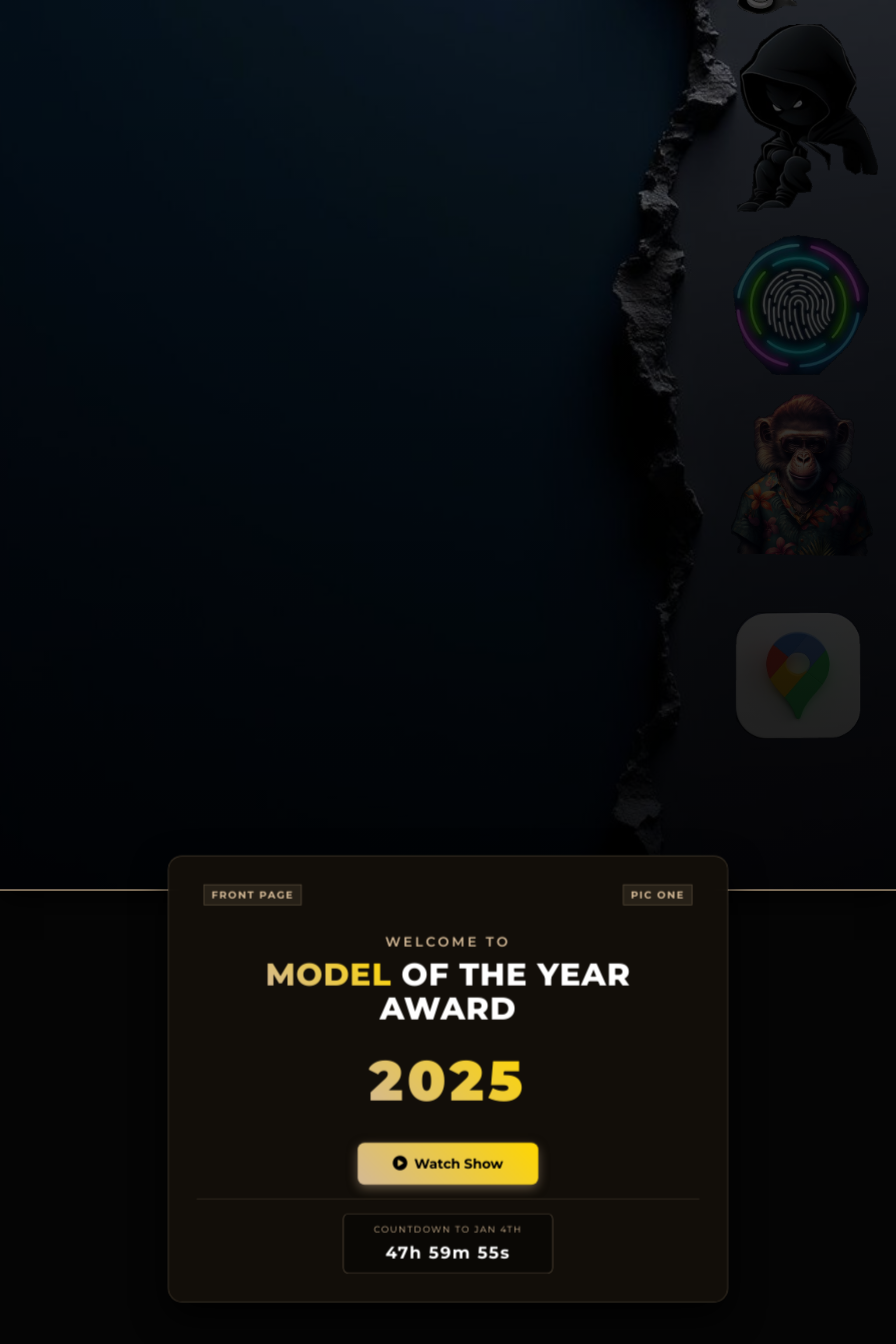
Repository: Madgerald-09/2025yearmodel
Page: index.html
An editor plug-in stored every save of this project. The page is shown before and after a run of saves, followed by the edit.
The browser window is 1280 px wide. The pictures show the part of the page from y = 1006 to 2926 px (the page is 2926 px tall before and 2896 px after), at 70% of full size.

Above is the page before, as saved 2025-12-28 21:56:30.

### index.html
<!DOCTYPE html>
<html lang="en">
<head>
    <meta charset="UTF-8">
    <meta name="viewport" content="width=device-width, initial-scale=1.0">
    <title>Model Of The Year Award 2025</title>
    <link rel="stylesheet" href="https://cdnjs.cloudflare.com/ajax/libs/font-awesome/6.4.0/css/all.min.css">
    <link href="https://fonts.googleapis.com/css2?family=Montserrat:wght@300;400;500;600;700;800;900&display=swap" rel="stylesheet">

    <style>
        /* ===== BASE STYLES (UNCHANGED) ===== */
        * {
            margin: 0;
            padding: 0;
            box-sizing: border-box;
        }

        body {
            font-family: 'Montserrat', 'Segoe UI', sans-serif;
            background-color: #050505;
            color: #ffffff;
            overflow-x: hidden;
            min-height: 100vh;
            position: relative;
        }

        /* ===== HEADER BANNER (UNCHANGED) ===== */
        .header-banner {
            position: relative;
            width: 100%;
            z-index: 1;
            background: #000;
            border-bottom: 2px solid #d4b996;
            box-shadow: 0 10px 40px rgba(0, 0, 0, 0.8);
        }

        #headerImage {
            width: 100%;
            height: auto;    /* Keeps original image height logic */
            display: block;
            max-width: 100%;
        }

        .header-overlay {
            position: absolute;
            top: 0;
            left: 0;
            width: 100%;
            height: 100%;
            background: linear-gradient(to bottom, rgba(0,0,0,0.1) 0%, rgba(0,0,0,0.4) 50%, rgba(0, 0, 0, 0.8) 100%);
            pointer-events: none;
        }

        /* ===== MAIN CONTAINER ===== */
        .main-container {
            margin-top: -50px;
            position: relative;
            z-index: 2;
            padding: 0 20px 60px 20px;
            display: flex;
            flex-direction: column;
            align-items: center;
        }

        /* ===== AWARD CARD (NEW LAYOUT STRUCTURE) ===== */
        .page-section {
            width: 100%;
            max-width: 1200px;
            display: flex;
            justify-content: center;
            align-items: center;
            flex-direction: column;
        }

        .award-card {
            background: rgba(20, 15, 10, 0.95);
            border-radius: 20px;
            overflow: hidden;
            width: 100%;
            max-width: 800px; /* Slightly narrower to match sketch paper ratio */
            min-height: 600px; /* Ensure height to match paper aspect */
            padding: 40px;
            box-shadow: 0 20px 50px rgba(0, 0, 0, 0.9);
            border: 1px solid rgba(212, 185, 150, 0.3);
            backdrop-filter: blur(10px);
            position: relative;
            display: flex;
            flex-direction: column;
        }

        /* ===== TOP ROW: front page / Pic One ===== */
        .card-header {
            display: flex;
            justify-content: space-between;
            align-items: center;
            width: 100%;
            margin-bottom: 40px; /* Space between top labels and main content */
            padding: 0 10px;
        }

        .sketch-label {
            font-size: 0.9rem;
            color: #d4b996;
            text-transform: uppercase;
            letter-spacing: 2px;
            font-weight: 700;
            border: 1px solid rgba(212, 185, 150, 0.3);
            padding: 5px 10px;
            background: rgba(212, 185, 150, 0.1);
        }

        /* ===== CENTER CONTENT: Title & Year ===== */
        .card-center {
            flex-grow: 1;
            display: flex;
            flex-direction: column;
            align-items: center;
            justify-content: center;
            text-align: center;
            width: 100%;
        }

        .welcome-text {
            font-size: 1.2rem;
            color: #d4b996;
            letter-spacing: 4px;
            margin-bottom: 10px;
            font-weight: 600;
            text-transform: uppercase;
        }

        .award-title {
            font-size: 2.8rem;
            font-weight: 800;
            line-height: 1.1;
            margin-bottom: 20px;
            color: #ffffff;
            text-transform: uppercase;
            letter-spacing: 1px;
        }

        .model-text {
            color: #d4b996;
            display: inline-block;
            background: linear-gradient(45deg, #d4b996, #ffd700);
            -webkit-background-clip: text;
            -webkit-text-fill-color: transparent;
            background-clip: text;
        }

        .year {
            font-size: 5rem;
            font-weight: 900;
            color: #d4b996;
            margin: 10px 0 40px 0; /* Large margin before button */
            letter-spacing: 6px;
            background: linear-gradient(45deg, #d4b996, #ffd700);
            -webkit-background-clip: text;
            -webkit-text-fill-color: transparent;
            background-clip: text;
        }

        /* ===== BUTTON (Moved to Center-Bottom like sketch) ===== */
        .watch-show-container {
            margin-bottom: 20px;
        }

        .watch-show-btn {
            display: inline-flex;
            align-items: center;
            justify-content: center;
            gap: 10px;
            padding: 18px 50px;
            background: linear-gradient(45deg, #d4b996, #ffd700);
            color: #000000;
            text-decoration: none;
            border: none;
            font-size: 1.2rem;
            font-weight: 700;
            border-radius: 10px;
            transition: all 0.3s ease;
            box-shadow: 0 5px 15px rgba(212, 185, 150, 0.4);
            cursor: pointer;
        }

        .watch-show-btn:hover {
            transform: translateY(-3px);
            box-shadow: 0 8px 20px rgba(212, 185, 150, 0.6);
        }

        .watch-show-btn i {
            font-size: 1.3rem;
        }

        /* ===== BOTTOM FOOTER: Countdown Box ===== */
        .card-footer {
            width: 100%;
            border-top: 1px solid rgba(212, 185, 150, 0.2);
            padding-top: 20px;
            display: flex;
            justify-content: center;
        }

        .countdown-box {
            background: rgba(0, 0, 0, 0.4);
            border: 1px solid rgba(212, 185, 150, 0.4);
            padding: 15px 30px;
            border-radius: 8px;
            text-align: center;
            min-width: 300px;
        }

        .countdown-title {
            font-size: 0.8rem;
            color: #d4b996;
            text-transform: uppercase;
            letter-spacing: 2px;
            margin-bottom: 10px;
        }

        .countdown-timer {
            font-size: 1.5rem;
            font-weight: 700;
            color: #ffffff;
            font-family: 'Montserrat', sans-serif;
            letter-spacing: 2px;
        }

        /* ===== NOTIFICATION ===== */
        .notification {
            position: fixed;
            bottom: 30px;
            right: 30px;
            background: rgba(20, 15, 10, 0.95);
            color: #ffffff;
            padding: 15px 25px;
            border-radius: 10px;
            box-shadow: 0 10px 25px rgba(0, 0, 0, 0.5);
            opacity: 0;
            transform: translateY(30px);
            transition: all 0.4s ease;
            z-index: 1000;
            max-width: 400px;
            border-left: 4px solid #d4b996;
        }

        .notification.show {
            opacity: 1;
            transform: translateY(0);
        }

        /* ===== MEDIA QUERIES ===== */
        @media (max-width: 768px) {
            .main-container { margin-top: -30px; padding: 0 15px 40px 15px; }
            .award-card { padding: 30px 20px; min-height: auto; }
            .award-title { font-size: 2rem; }
            .year { font-size: 3.5rem; }
            .card-header { margin-bottom: 30px; }
        }

        @media (max-width: 480px) {
            .award-card { padding: 25px 15px; }
            .award-title { font-size: 1.6rem; }
            .year { font-size: 2.8rem; }
            .sketch-label { font-size: 0.7rem; padding: 3px 6px; }
            .watch-show-btn { padding: 15px 30px; font-size: 1rem; width: 100%; }
            .countdown-box { min-width: 100%; }
        }
    </style>
</head>
<body>

    <!-- HEADER BANNER -->
    <div class="header-banner">
        <img id="headerImage" src="" alt="Model Award Banner">
        <div class="header-overlay"></div>
    </div>

    <div class="main-container">
        <section class="page-section award-page">
            <div class="award-card">

                <!-- TOP ROW: Matches Sketch "front page" (Left) and "Pic One" (Right) -->
                <div class="card-header">
                    <div class="sketch-label">front page</div>
                    <div class="sketch-label">Pic One</div>
                </div>

                <!-- CENTER ROW: Matches Sketch Title, Year, Button -->
                <div class="card-center">
                    <div class="welcome-text">Welcome To</div>
                    <h1 class="award-title">
                        <span class="model-text">Model</span> Of The Year Award
                    </h1>
                    <div class="year">2025</div>

                    <div class="watch-show-container">
                        <a href="index2.html" class="watch-show-btn">
                            <i class="fas fa-play-circle"></i> Watch Show
                        </a>
                    </div>
                </div>

                <!-- BOTTOM ROW: Matches Sketch Box (Countdown) -->
                <div class="card-footer">
                    <div class="countdown-box">
                        <div class="countdown-title">Countdown to Jan 4th</div>
                        <div class="countdown-timer" id="timerDisplay">
                            48h 00m 00s
                        </div>
                    </div>
                </div>

            </div>
        </section>
    </div>

    <div class="notification" id="notification">
        <p>Welcome to Model Of The Year Award 2025!</p>
    </div>

    <script>
        document.addEventListener("DOMContentLoaded", function () {
            // DOM Elements
            const timerDisplay = document.getElementById("timerDisplay");
            const notification = document.getElementById("notification");
            const headerImage = document.getElementById("headerImage");

            // Set 48-hour countdown from current time
            let totalSeconds = 48 * 60 * 60;

            // Countdown function
            function updateCountdown() {
                if (totalSeconds <= 0) {
                    timerDisplay.textContent = "SHOW STARTED";
                    if (!window.countdownFinished) {
                        showNotification("🎉 The show has started!");
                        window.countdownFinished = true;
                    }
                    return;
                }

                const hours = Math.floor(totalSeconds / 3600);
                const minutes = Math.floor((totalSeconds % 3600) / 60);
                const seconds = totalSeconds % 60;

                // Format: HHh MMm SSs to fit in the bottom box neatly
                const hStr = hours.toString().padStart(2, '0');
                const mStr = minutes.toString().padStart(2, '0');
                const sStr = seconds.toString().padStart(2, '0');

                timerDisplay.textContent = `${hStr}h ${mStr}m ${sStr}s`;
                totalSeconds--;
            }

            // Show notification
            function showNotification(message) {
                notification.querySelector("p").textContent = message;
                notification.classList.add("show");
                setTimeout(() => {
                    notification.classList.remove("show");
                }, 3000);
            }

            // Set background image
            function setBackgroundImage() {
                const imageSources = [
                    'images/award-image1.png',
                    'images/first_pic.jpeg',
                    'images/model-award.jpg',
                    'images/award.jpg',
                    'https://images.unsplash.com/photo-1596703923338-48f1c07e4f2e?ixlib=rb-4.0.3&ixid=M3wxMjA3fDB8MHxwaG90by1wYWdlfHx8fGVufDB8fHx8fA%3D%3D&auto=format&fit=crop&w=1470&q=80',
                    'https://images.unsplash.com/photo-1511795409834-ef04bbd61622?ixlib=rb-4.0.3&auto=format&fit=crop&w=800&q=80'
                ];

                let currentImage = 0;

                function tryNextImage() {
                    if (currentImage >= imageSources.length) {
                        headerImage.style.display = 'none';
                        return;
                    }

                    const img = new Image();
                    img.onload = function() {
                        headerImage.src = imageSources[currentImage];
                        headerImage.style.display = 'block';
                    };
                    img.onerror = function() {
                        currentImage++;
                        tryNextImage();
                    };
                    img.src = imageSources[currentImage];
                }
                tryNextImage();
            }

            // Initialize
            function initialize() {
                setBackgroundImage();
                updateCountdown();
                setInterval(updateCountdown, 1000);
                setTimeout(() => {
                    showNotification("48-hour countdown has started!");
                }, 1000);
            }

            initialize();
        });
    </script>
</body>
</html>

After the next 2 saves:
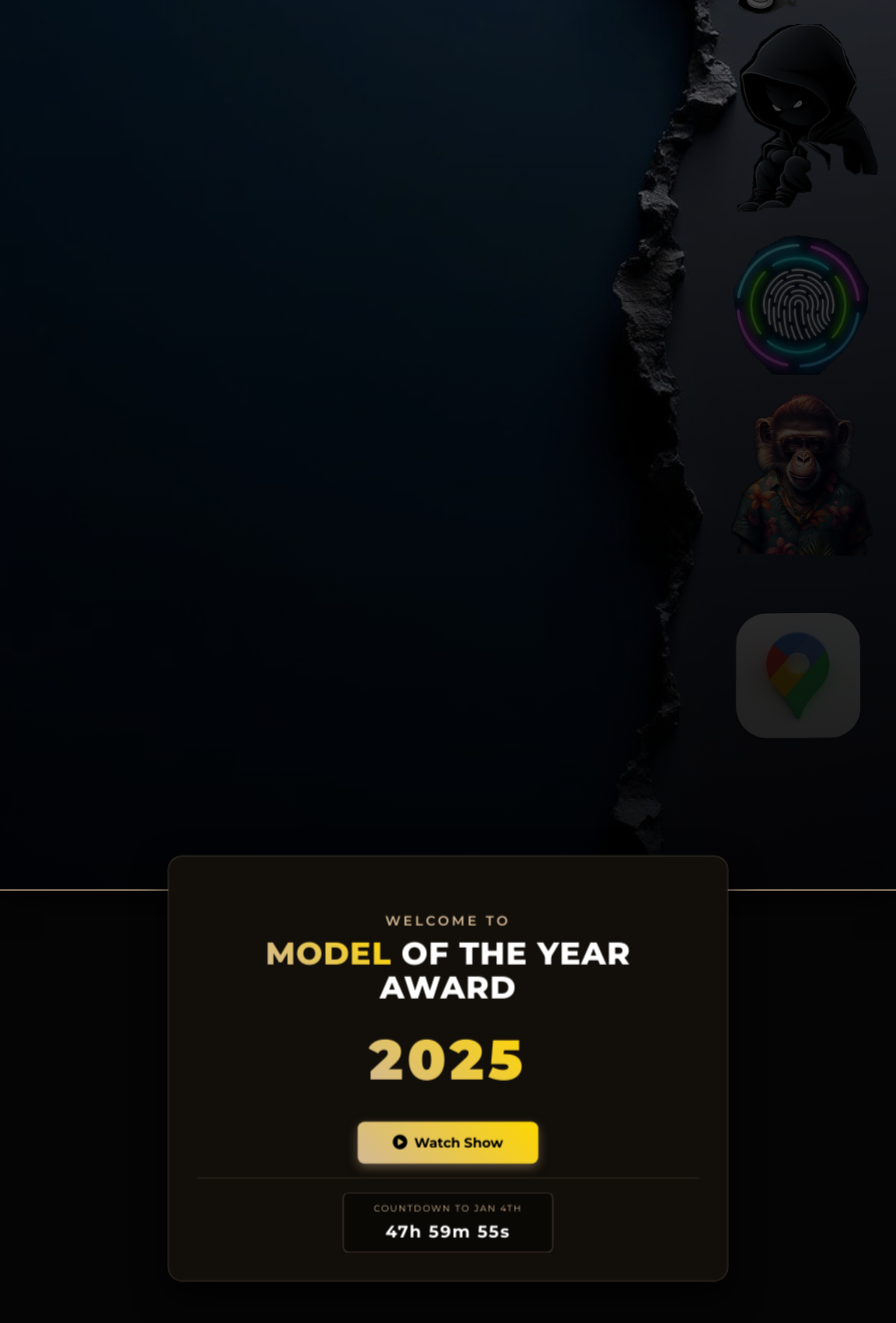
The 2 saves are shown as one change because they came seconds apart.
The last was saved 74 s later.
--- a/index.html
+++ b/index.html
@@ -282,8 +282,6 @@
 
                 <!-- TOP ROW: Matches Sketch "front page" (Left) and "Pic One" (Right) -->
                 <div class="card-header">
-                    <div class="sketch-label">front page</div>
-                    <div class="sketch-label">Pic One</div>
                 </div>
 
                 <!-- CENTER ROW: Matches Sketch Title, Year, Button -->
